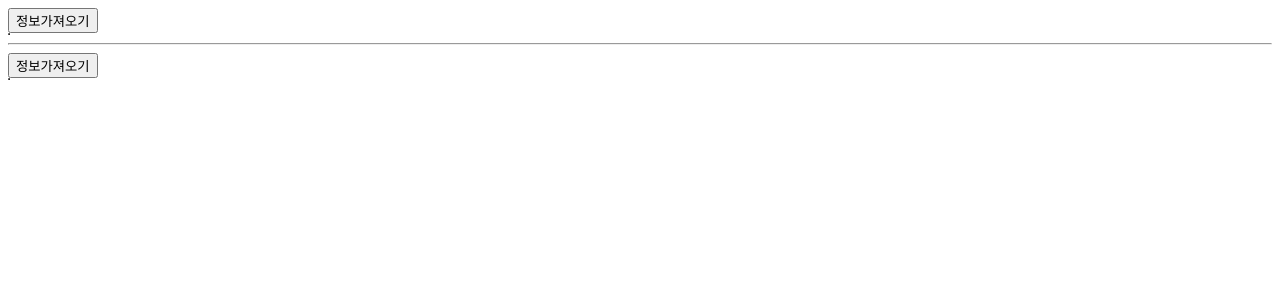
Repository: ted4010/jspstudy
Page: 001_servlet/src/main/webapp/pkg08_ajax/NewFile.html
The author's editor kept a copy of each file at every save. The page is drawn from the files as they stood at one save, then again after the next save.
The browser window is 1280 px wide. The pictures show the whole page.

Above is the page before, as saved 2024-03-04 03:24:26.

### 001_servlet/src/main/webapp/pkg08_ajax/NewFile.html
<!DOCTYPE html>
<html>
<head>
<meta charset="UTF-8">
<title>Insert title here</title>
<script src="https://code.jquery.com/jquery-3.7.1.min.js" integrity="sha256-/JqT3SQfawRcv/BIHPThkBvs0OEvtFFmqPF/lYI/Cxo=" crossorigin="anonymous"></script>
</head>
<body>

  <div>
    <button type="button" id="btn1">정보가져오기</button>
  </div>
  <table border="1">
    <tbody id="contents1"></tbody>
  </table>
  <script>

    // XML 데이터 요청

    const getData1 = ()=>{

      const options = {
        method: 'GET'
      }

      fetch('/servlet/getData01', options)
        .then(response=>response.text())
        .then(resData=>{

          // String 타입 resData를 XML Document로 변경하기
          const domParser = new DOMParser();
          const xmlDoc = domParser.parseFromString(resData, 'application/xml');

          // <tbody id="contents1"></tbody>
          const contents1 = document.getElementById('contents1');
          contents1.innerHTML = '';

          // <weather year="2024" month="03" day="04" hour="10">
          const weather = xmlDoc.getElementsByTagName('weather')[0];
          contents1.innerHTML += '<tr><td colspan="3">'
                              + weather.getAttribute('year') + '-'
                              + weather.getAttribute('month') + '-'
                              + weather.getAttribute('day') + '&nbsp;'
                              + weather.getAttribute('hour') + '시</td></tr>';

          // <local desc="맑음" ta="4.5">속초</local>
          const locals = xmlDoc.getElementsByTagName('local');
          for(let i = 0; i < locals.length; i++) {
            let str = '<tr>';
            str += '<td>' + locals[i].textContent + '</td>';
            str += '<td>' + locals[i].getAttribute('desc') + '</td>';
            str += '<td>' + locals[i].getAttribute('ta') + '</td>';
            str += '</tr>';
            contents1.innerHTML += str;
          }

        })
    }

    document.getElementById("btn1").addEventListener('click', getData1);

  </script>

  <hr>

  <div>
    <button type="button" id="btn2">정보가져오기</button>
  </div>
  <table border="1">
    <tbody id="contents2"></tbody>
  </table>
  <script>

    const getData2 = ()=>{
      $.ajax({
        /* 요청 */
        type: 'GET',
        url: '/servlet/getData2',
        /* 응답 */
        dataType: 'json'  // 'xml', 'json'
      }).done((resData)=>{
    	  console.log(resData);
      }).fail((jqXHR)=>{
        console.log(jqXMR.responseText + '(' + jqXHR.status + ')');
      })
    }

    $('#btn2').on('click', getData2);

  </script>



</body>
</html>

After the next save:
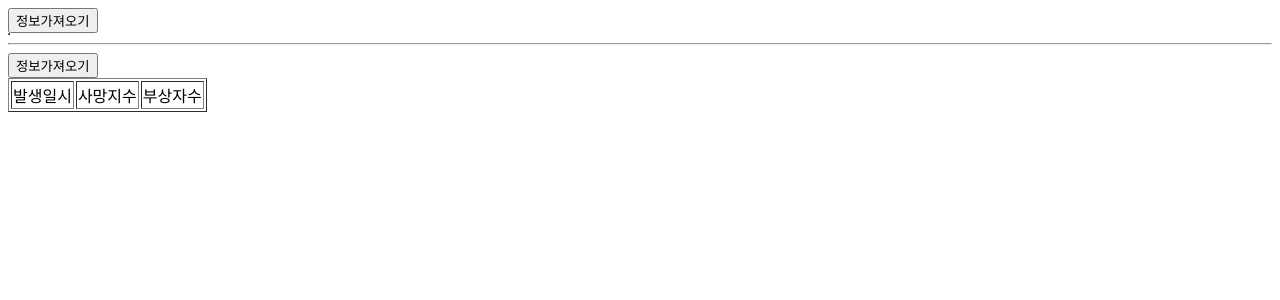
Saved 14 min 50 s later.
--- a/001_servlet/src/main/webapp/pkg08_ajax/NewFile.html
+++ b/001_servlet/src/main/webapp/pkg08_ajax/NewFile.html
@@ -67,6 +67,13 @@
     <button type="button" id="btn2">정보가져오기</button>
   </div>
   <table border="1">
+    <thead>
+      <tr>
+        <td>발생일시</td>
+        <td>사망지수</td>
+        <td>부상자수</td>
+      </tr>
+    </thead>
     <tbody id="contents2"></tbody>
   </table>
   <script>
@@ -79,7 +86,14 @@
         /* 응답 */
         dataType: 'json'  // 'xml', 'json'
       }).done((resData)=>{
-    	  console.log(resData);
+    	  $.each(resData.items.item, (i, elem)=>{
+    		  let str ='<tr>';
+    		  str += '<td>' + elem.occrrnc_dt + '</td>';
+    		  str += '<td>' + elem.dth_dnv_cnt + '</td>';
+    		  str += '<td>' + elem.injpsn_cnt + '</td>';
+    		  str += '</tr>';
+    		  $('#contents2').append(str);
+    	  })
       }).fail((jqXHR)=>{
         console.log(jqXMR.responseText + '(' + jqXHR.status + ')');
       })
